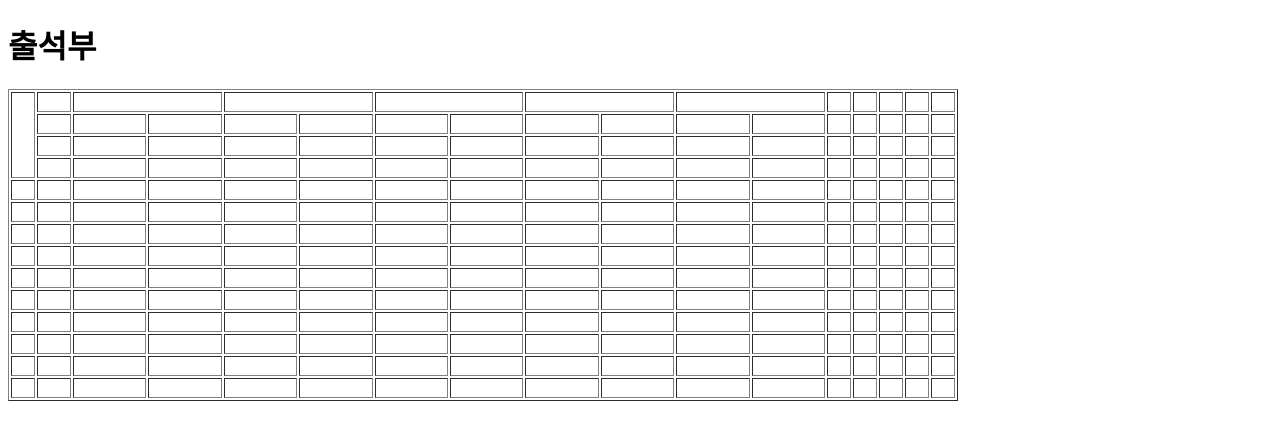
Repository: sujin9335/Front-end
Page: ClientTest/src/main/webapp/html/문제/11.html
These files come from the project's save history. The page is drawn as it stood at one moment and after the next save; the edit follows.
The browser window is 1280 px wide. The pictures show the whole page.

Above is the page before, as saved 2023-09-21 02:38:29.

After the next save:
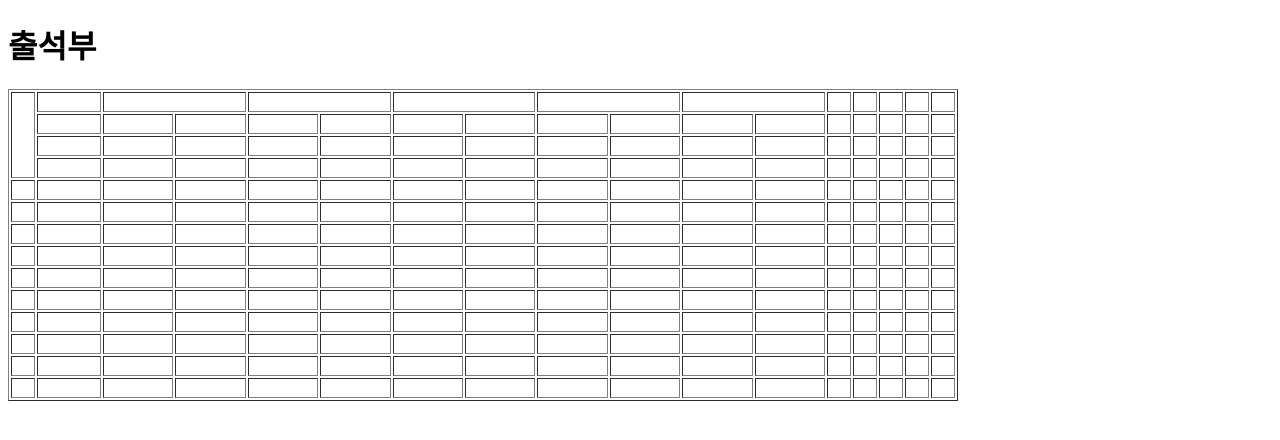
Saved 10 s later.
--- a/ClientTest/src/main/webapp/html/문제/11.html
+++ b/ClientTest/src/main/webapp/html/문제/11.html
@@ -11,7 +11,7 @@
 	<table border="1" width="950">
 		<tr height="20">
 			<td align="center" width="20" rowspan="4"></td>
-			<td align="center" width="30"></td>
+			<td align="center" width="60"></td>
 			<td align="center" width="30" colspan="2"></td>
 			<td align="center" width="30" colspan="2"></td>
 			<td align="center" width="30" colspan="2"></td>
